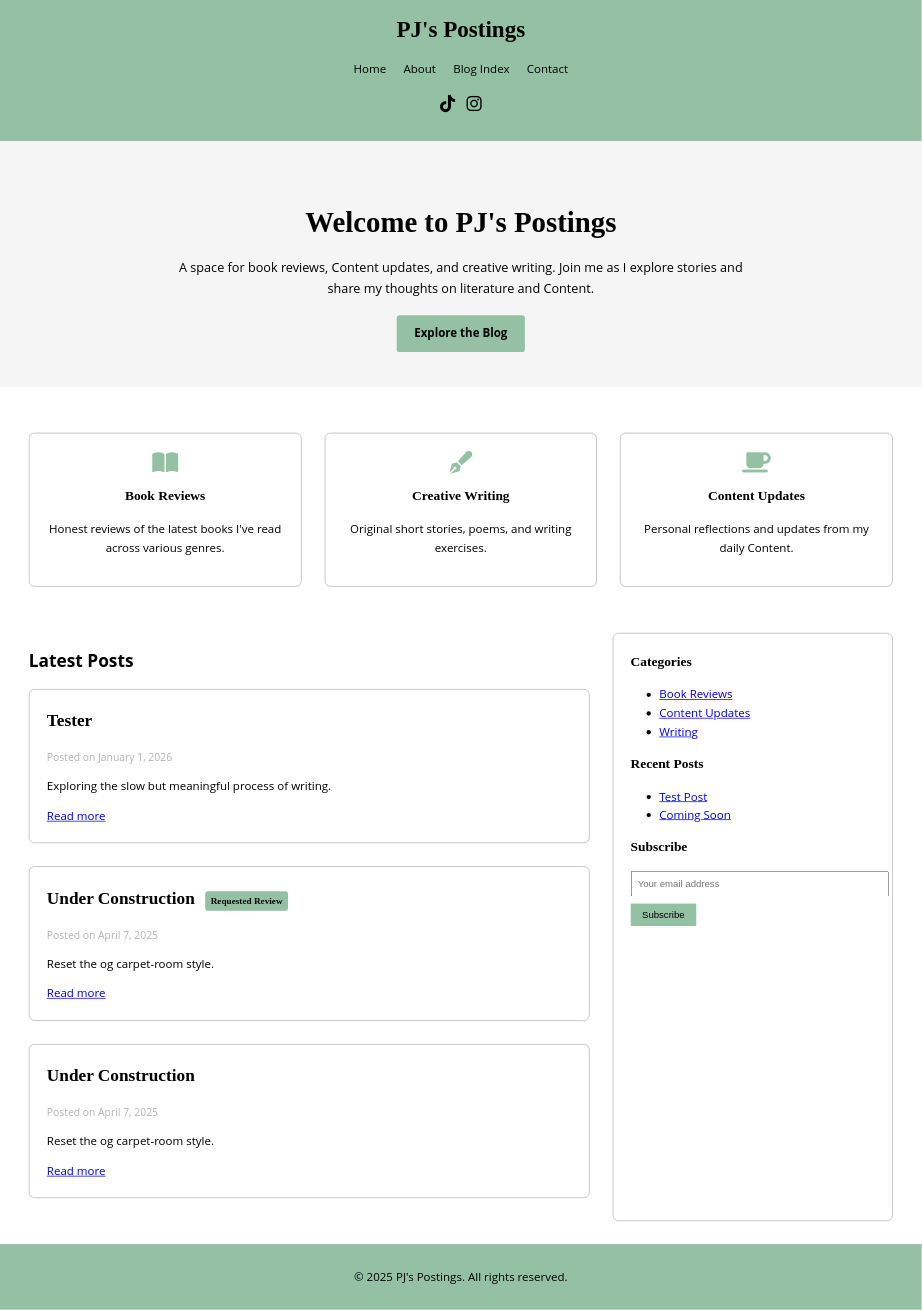
Repository: pjpatrick071/pjpatrick071.github.io
Page: index.html
These files come from the project's save history. The page is drawn as it stood at one moment and after a run of saves; the edit follows.
The browser window is 1280 px wide. The pictures show the whole page, at 72% of full size.
Some web fonts or font styles are not loaded; a fallback is used.

Above is the page before, as saved 2025-04-07 21:46:47.

After the next 2 saves:
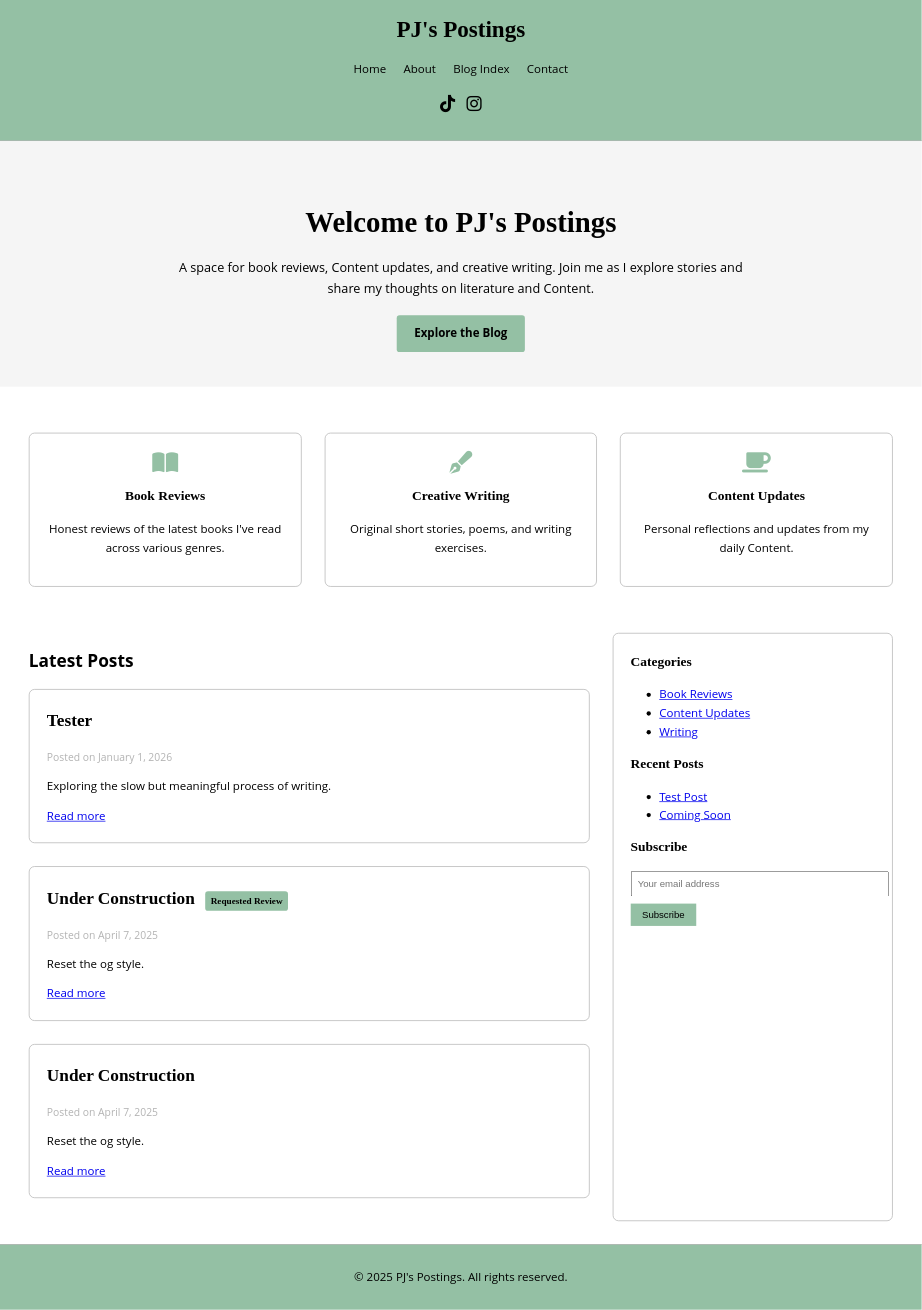
The 2 saves are shown as one change because they came seconds apart.
The last was saved 87 min 27 s later.
--- a/posts.json
+++ b/posts.json
@@ -12,7 +12,7 @@
         "title": "Under Construction",
         "date": "2025-04-07",
         "url": "posts/underConstruction.html",
-        "excerpt": "Reset the og carpet-room style.",
+        "excerpt": "Reset the og style.",
         "category": "book-reviews",
         "requested": true
       },
@@ -20,7 +20,7 @@
         "title": "Under Construction",
         "date": "2025-04-07",
         "url": "posts/underConstruction2.html",
-        "excerpt": "Reset the og carpet-room style.",
+        "excerpt": "Reset the og style.",
         "category": "content-updates",
         "requested": false
       }
